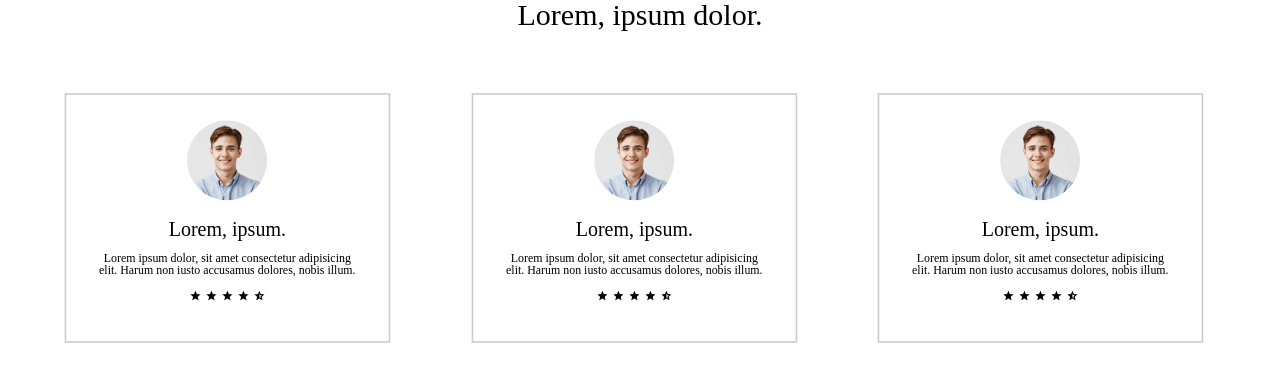
Repository: dinhhaidh/slider-3
Page: index.html
These files come from the project's save history. The page is drawn as it stood at one moment and after the next save; the edit follows.
The browser window is 1280 px wide. The pictures show the whole page.

Above is the page before, as saved 2024-03-22 21:57:14.

After the next save:
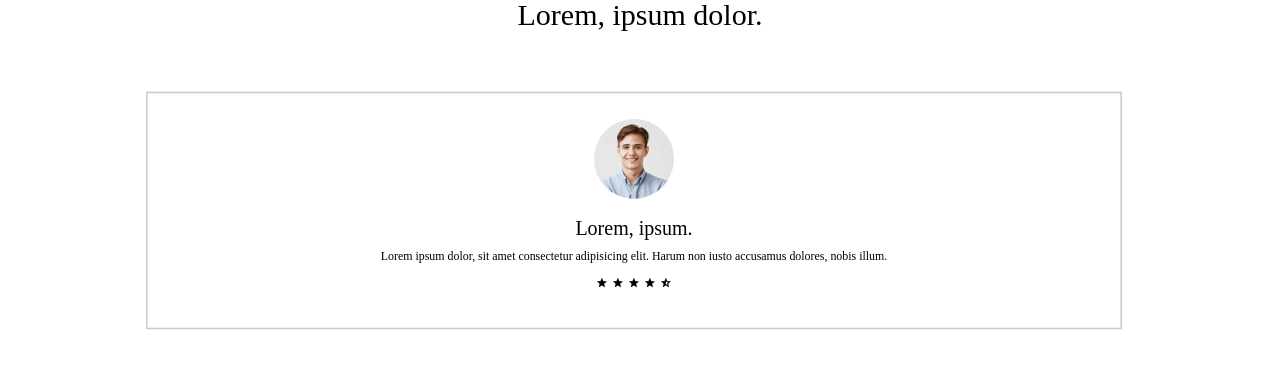
Saved 12 s later.
--- a/index.html
+++ b/index.html
@@ -20,7 +20,7 @@
         <div class="new__container container">
             <div class="new__swiper swiper">
                 <div  class="swiper-wrapper">
-                    <article class="new__card new__article ">
+                    <article class="new__card new__article swiper-slide">
                         <img src="./img1.png" alt="" class="new__img">
                         <h3 class="new__subtitle">
                             Lorem, ipsum.
@@ -37,7 +37,7 @@
                         </div>
                     </article>
 
-                    <article class="new__card new__article ">
+                    <article class="new__card new__article swiper-slide">
                         <img src="./img1.png" alt="" class="new__img">
                         <h3 class="new__subtitle">
                             Lorem, ipsum.
@@ -54,7 +54,7 @@
                         </div>
                     </article>
 
-                    <article class="new__card new__article ">
+                    <article class="new__card new__article swiper-slide">
                         <img src="./img1.png" alt="" class="new__img">
                         <h3 class="new__subtitle">
                             Lorem, ipsum.
